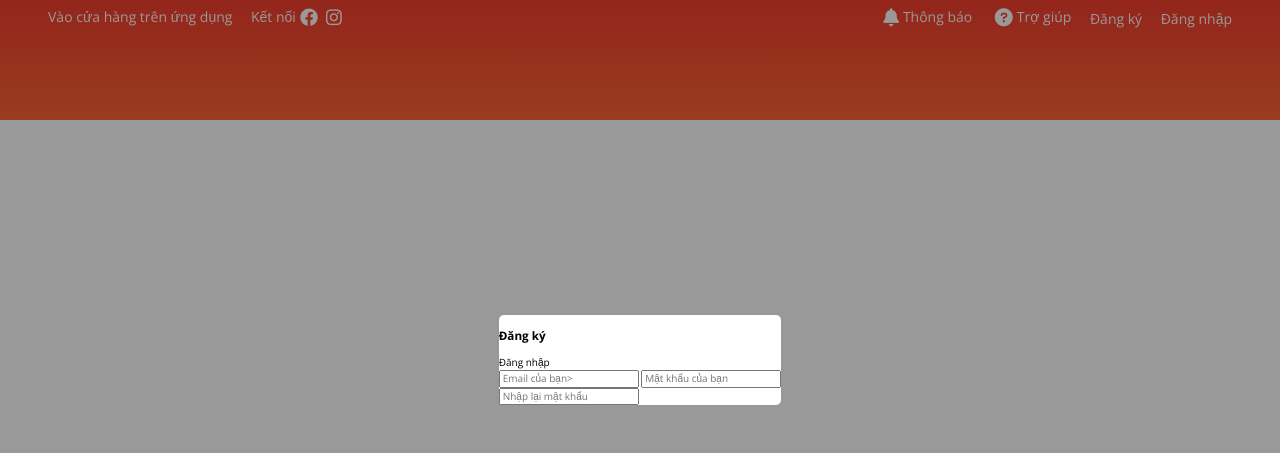
Repository: trongtamdev/Clone-Shopee-Page
Page: index.html
An editor plug-in stored every save of this project. The page is shown before and after the next save, followed by the edit.
The browser window is 1280 px wide. The pictures show the whole page.

Above is the page before, as saved 2022-07-08 14:50:31.

After the next save:
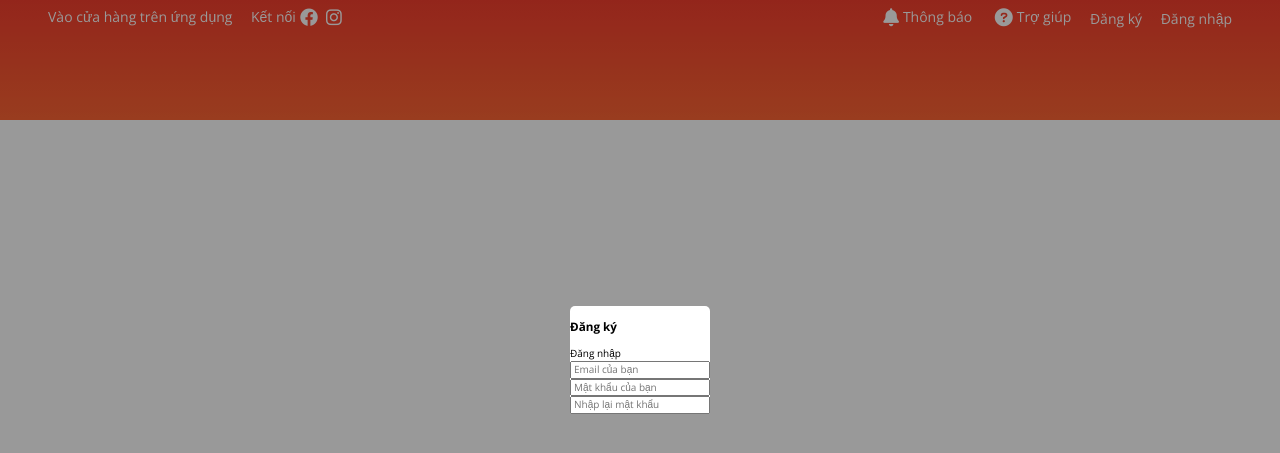
Saved 13 s later.
--- a/index.html
+++ b/index.html
@@ -86,7 +86,7 @@
 
                     <div class="auth-form__form">
                         <div class="auth-form__group">
-                            <input type="text" class="auth-form__input" placeholder="Email của bạn>
+                            <input type="text" class="auth-form__input" placeholder="Email của bạn">
                         </div>
 
                         <div class="auth-form__group">
